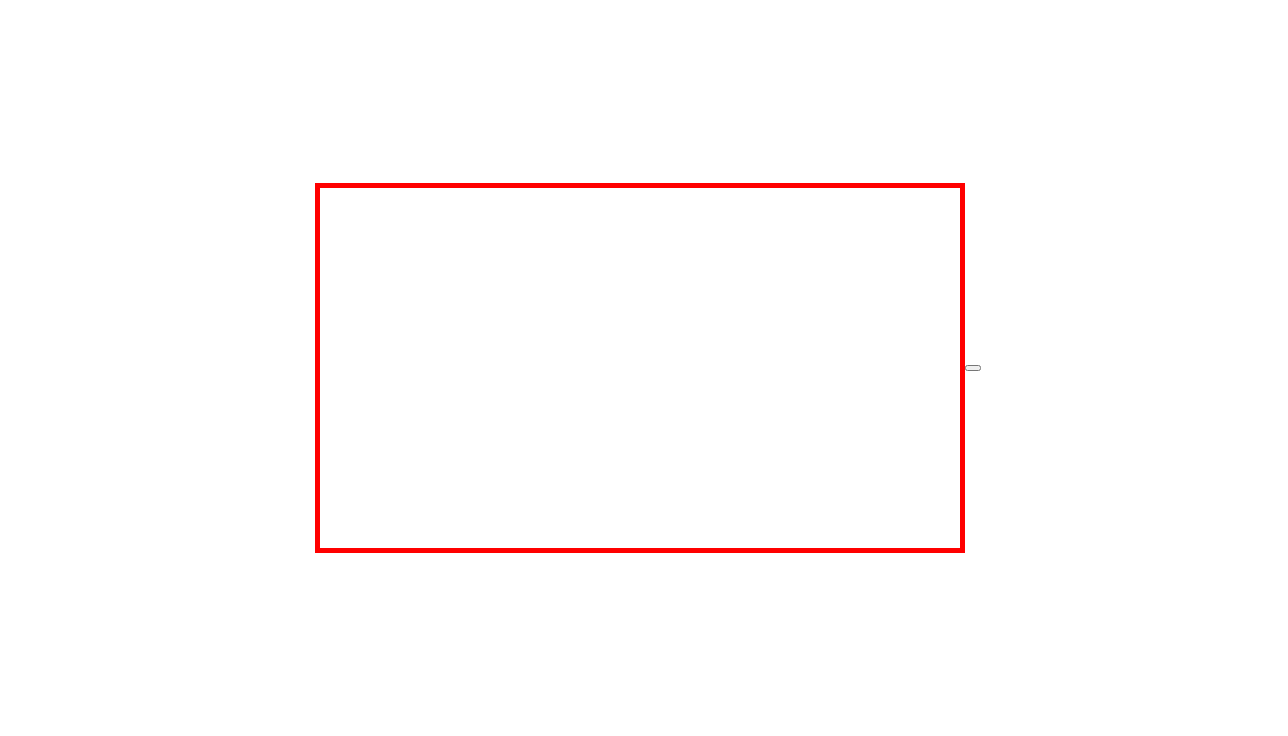
Repository: Eng-0marleves/AirBnB_clone
Page: web_static/EDITOR.HTML
The author's editor kept a copy of each file at every save. The page is drawn from the files as they stood at one save, then again after the next save.
The browser window is 1280 px wide. The page is 1288 px wide, so the pictures cover 1288 px, including what lies to the right of the window. The pictures show the whole page.

Above is the page before, as saved 2023-12-17 20:18:18.

### web_static/EDITOR.HTML
<!DOCTYPE html>
<html lang="en">

<head>
	<meta charset="UTF-8">
	<meta name="viewport" content="width=device-width, initial-scale=1.0">
	<title>edior</title>
	<link rel="stylesheet" href="style.css">
</head>

<body>
	<div class="editor" contenteditable="true"></div>
	<button id="bold"></button>
</body>

<script>
	let bold = document.getElementById("bold")
	bold.addEventListener("click", () => {
		document.execCommand(bold.id, true, null)
	})
</script>

</html>

### web_static/style.css
body {
  width: 100vw;
  height: 100vh;
  display: flex;
  justify-content: center;
  align-items: center;
}

.editor {
  width: 50vw;
  height: 50vh;
  border: 5px solid red;
}

After the next save:
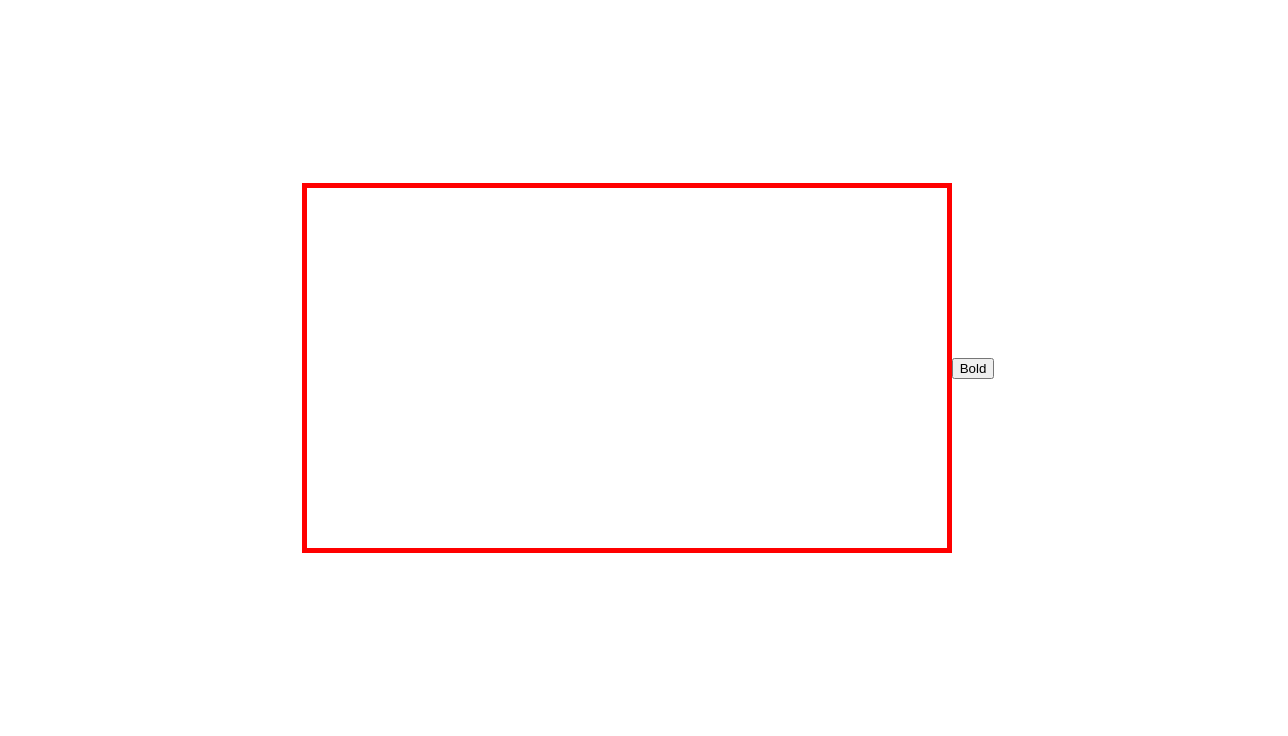
Saved 11 s later.
--- a/web_static/EDITOR.HTML
+++ b/web_static/EDITOR.HTML
@@ -10,7 +10,7 @@
 
 <body>
 	<div class="editor" contenteditable="true"></div>
-	<button id="bold"></button>
+	<button id="bold">Bold</button>
 </body>
 
 <script>
